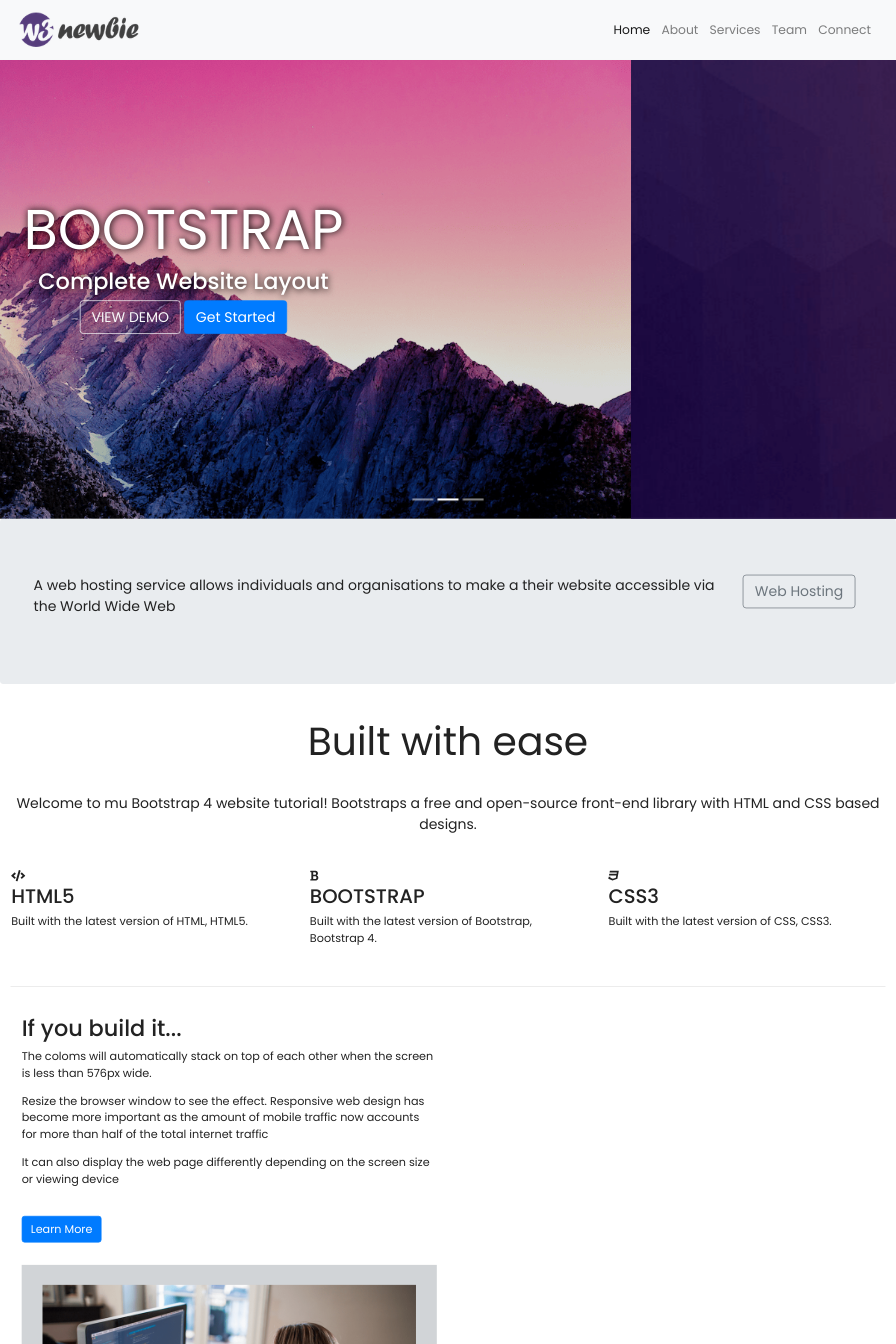
Repository: rkyankya/Bootstrap-1
Page: index.html
An editor plug-in stored every save of this project. The page is shown before and after the next save, followed by the edit.
The browser window is 1280 px wide. The pictures show the part of the page from y = 0 to 1920 px (the page is 4552 px tall), at 70% of full size.
Some web libraries are served in a nearby version.

Above is the page before, as saved 2019-12-18 13:11:54.

### index.html
<!DOCTYPE html>
<html lang="en">

<head>
    <meta charset="utf-8">
    <meta name="viewport" content="width=device-width, initial-scale=1">
    <title>Complete Bootstrap 4 Website Layout</title>
    <link rel="stylesheet" href="https://maxcdn.bootstrapcdn.com/bootstrap/4.0.0/css/bootstrap.min.css">
    <script src="https://ajax.googleapis.com/ajax/libs/jquery/3.3.1/jquery.min.js"></script>
    <script src="https://cdnjs.cloudflare.com/ajax/libs/popper.js/1.12.9/umd/popper.min.js"></script>
    <script src="https://maxcdn.bootstrapcdn.com/bootstrap/4.0.0/js/bootstrap.min.js"></script>
    <script src="https://use.fontawesome.com/releases/v5.0.8/js/all.js"></script>
    <link href="style.css" rel="stylesheet">
</head>

<body>

    <!-- Navigation -->
    <nav class="navbar navbar-expand-md navbar-light bg-light sticky-top">
        <div class="container-fluid">
            <a class="navbar-brand" href="#"><img src="img/logo.png" alt="#"></a>
            <button class="navbar-toggler" type="button" data-toggler="collapse" data-target="#navbarResponsive">
                <span class="navbar-toggler-icon"></span>
            </button>
            <div class="collapse navbar-collapse" id="navbarResponsive">
                <ul class="navbar-nav ml-auto">
                    <li class="nav-item active">
                        <a class="nav-link" href="#">Home</a>
                    </li>
                    <li class="nav-item">
                        <a class="nav-link" href="#">About</a>
                    </li>
                    <li class="nav-item">
                        <a class="nav-link" href="#">Services</a>
                    </li>
                    <li class="nav-item">
                        <a class="nav-link" href="#">Team</a>
                    </li>
                    <li class="nav-item">
                        <a class="nav-link" href="#">Connect</a>
                    </li>
                </ul>
            </div>
        </div>
    </nav>

    <!--- Image Slider -->
    <div id="slides" class="carousel slide" data-ride="carousel">
        <ul class="carousel-indicators">
            <li data-target="#slides" data-slide-to="0" class="active"></li>
            <li data-target="#slides" data-slide-to="1"></li>
            <li data-target="#slides" data-slide-to="2"></li>
        </ul>
        <div class="carousel-inner">
            <div class="carousel-item active">
                <img src="img/background.png" alt="#">
                <div class="carousel-caption">
                    <h1 class="display-2">Bootstrap</h1>
                    <h3>Complete Website Layout</h3>
                    <button type="button" class="btn btn-outline-light btn-lg">VIEW DEMO</button>
                    <button type="button" class="btn btn-primary btn-lg">Get Started</button>
                </div>
            </div>
            <div class="carousel-item">
                <img src="img/background2.png" alt="#">
            </div>
            <div class="carousel-item">
                <img src="img/background3.png" alt="#">
            </div>
        </div>
    </div>

    <!--- Jumbotron -->
    <div class="container-fluid">
        <div class="row jumbotron">
            <div class="col-xs-12 col-sm-12 col-md-9 col-lg-9 col-xl-10">
                <!--Bootstrap has 12 coloms the 12 describes the coloms to take-->
                <p class="lead">A web hosting service allows individuals and organisations to make a their website accessible via the World Wide Web
                </p>
            </div>
            <div class="col-xs-12 col-sm-12 col-md-3 col-lg-3 col-xl-2">
                <a href="#">
                    <button type="button" class="btn btn-outline-secondary btn-lg">Web Hosting</button>
                </a>
            </div>
        </div>
    </div>


    <!--- Welcome Section -->
    <div class="container-fluid padding">
        <div class="row welcome text-center">
            <div class="col-12">
                <h1 class="display-4">Built with ease</h1>
            </div>
            <hr class="my-4">
            <div class="col-12">
                <p class="lead">Welcome to mu Bootstrap 4 website tutorial! Bootstraps a free and open-source front-end library with HTML and CSS based designs.
                </p>
            </div>
        </div>
    </div>

    <!--- Three Column Section -->
    <div class="container-fluid padding">
        <div class="row text-centre padding">
            <div class="col-xs-12 col-sm-6 col-md-4">
                <i class="fas fa-code"></i>
                <h3>HTML5</h3>
                <p>Built with the latest version of HTML, HTML5.</p>
            </div>
            <div class="col-xs-12 col-sm-6 col-md-4">
                <i class="fas fa-bold"></i>
                <h3>BOOTSTRAP</h3>
                <p>Built with the latest version of Bootstrap, Bootstrap 4.</p>
            </div>
            <div class="col-sm-12 col-md-4">
                <i class="fab fa-css3"></i>
                <h3>CSS3</h3>
                <p>Built with the latest version of CSS, CSS3.</p>
            </div>
        </div>
        <hr class="my-4">
    </div>


    <!--- Two Column Section -->
    <div class="container-fluid padding">
        <div class="row-padding">
            <div class="col-md-12 col-lg-6">
                <h2>If you build it...</h2>
                <p>The coloms will automatically stack on top of each other when the screen is less than 576px wide.</p>
                <p>Resize the browser window to see the effect. Responsive web design has become more important as the amount of mobile traffic now accounts for more than half of the total internet traffic</p>
                <p>It can also display the web page differently depending on the screen size or viewing device</p>
                <br>
                <a href="#" class="btn btn-primary">Learn More</a>
            </div>
            <div class="col-lg-6">
                <img src="img/desk.png" class="img-fluid" alt="#">
            </div>
        </div>
    </div>

    <hr class="my-4">

    <!--- Fixed background -->
    <figure>
        <div class="fixed-wrap">
            <div id="fixed"></div>
        </div>
    </figure>


    <!--- Emoji Section -->
    <button class="fun" data-toggle="collapse" data-target="#emoji">Click For Fun</button>
    <div id="emoji" class="collapse">
        <div class="container-fluid padding">
            <div class="row text-center">
                <div class="col-sm-6 col-md-3">
                    <img class="gif" src="img/gif/panda.gif" alt="#">
                </div>
                <div class="col-sm-6 col-md-3">
                    <img class="gif" src="img/gif/unicorn.gif" alt="#">
                </div>
                <div class="col-sm-6 col-md-3">
                    <img class="gif" src="img/gif/poo.gif" alt="#">
                </div>
                <div class="col-sm-6 col-md-3">
                    <img class="gif" src="img/gif/chicken.gif" alt="#">
                </div>
            </div>
        </div>
    </div>


    <!--- Meet the team -->
    <div class="container-fluid padding">
        <div class="row-welcome text-center">
            <div class="col-12">
                <h1 class="display-4"> Meet the Team</h1>
            </div>
        </div>
    </div>


    <!--- Cards -->
    <div class="container-fluid padding">
        <div class="row welcome text">
            <div class="col-md-4">
                <div class="card">
                    <img class="card-imd-top" src="img/team1.png" alt="#">
                    <div class="card-body">
                        <h4 class="card-title">John Doe</h4>
                        <p class="card-text">Joe is an internet entrepreneur with almost 20 years of experience</p>
                        <a href="#" class="btn btn-outline-secondary"> See Profile</a>
                    </div>
                </div>
            </div>
            <div class="col-md-4">
                <div class="card">
                    <img class="card-imd-top" src="img/team2.png" alt="#">
                    <div class="card-body">
                        <h4 class="card-title">Mary Jo</h4>
                        <p class="card-text">Mary is a designer with almost 10 yeas of digital experience</p>
                        <a href="#" class="btn btn-outline-secondary"> See Profile</a>
                    </div>
                </div>
            </div>
            <div class="col-md-4">
                <div class="card">
                    <img class="card-imd-top" src="img/team3.png" alt="#">
                    <div class="card-body">
                        <h4 class="card-title">Phil Ho</h4>
                        <p class="card-text">Phil is a developer with over 5 years of web development experience</p>
                        <a href="#" class="btn btn-outline-secondary"> See Profile</a>
                    </div>
                </div>
            </div>
        </div>
    </div>


    <!--- Two Column Section -->
    <div class="container-fluid padding">
        <div class="row-padding">
            <div class="col-md-12 col-lg-6">
                <h2>Our Philosophy</h2>
                <p>We know that greatness is a distruptive era requires bold ambition, curious talent and a culture that believes we're smarter together</p>
                <p>We approach ever challege holistically, with best-in-class expertise in data, creativity, media, techology. search, social and more. We call this Alchemy. It has the powerto build our clients brands and transform their business. And while
                    it may seem like magic, we've got it down to a science</p>

                <br>
                <a href="#" class="btn btn-primary">Learn More</a>
            </div>
            <div class="col-lg-6">
                <img src="img/bootstrap2.png" class="img-fluid" alt="#">
            </div>
        </div>
    </div>


    <!--- Connect -->
    <div class="container-fluid padding">
        <div class="row text-center padding">
            <div class="col-12">
                <h2>Connect</h2>
            </div>
            <div class="col-12 social padding">
                <a href="#"><i class="fab fa-facebook"></i></a>
                <a href="#"><i class="fab fa-twitter"></i></a>
                <a href="#"><i class="fab fa-instagram"></i></a>
                <a href="#"><i class="fab fa-google-plus-g"></i></a>
                <a href="#"><i class="fab fa-youtube"></i></a>
            </div>
        </div>
    </div>



    <!--- Footer -->
    <footer>
        <div class="container-fluid padding">
            <div class="row text-center">
                <div class="col-md-4">
                    <img src="img/w3newbie.png" alt="#">
                    <hr class="light">
                    <p>256 708 322 323</p>
                    <p>email@email.com</p>
                    <p>Kirinya Bweyogerere</p>
                    <p>Kampala Uganda</p>
                </div>
                <div class="col-md-4">
                    <hr class="light">
                    <h5>Our Hours</h5>
                    <hr class="light">
                    <p>Monday: 9am-5pm</p>
                    <p>Saturday: 10am-4pm</p>
                    <p>Sunday: closed</p>
                </div>
                <div class="col-md-4">
                    <hr class="light">
                    <h5> Service Area </h5>
                    <hr class="light">
                    <p>City, State, 0000</p>
                    <p>City, State, 0000</p>
                    <p>City, State, 0000</p>
                    <p>City, State, 0000</p>
                </div>
                <div class="col-12">
                    <hr class="light">
                    <h5>&copy; w3newbie.com</h5>
                </div>
            </div>
        </div>
    </footer>




</body>

</html>

### style.css
@import url("https://fonts.googleapis.com/css?family=Poppins:400,500,700");
html,
body {
    height: 100%;
    width: 100%;
    font-family: "Poppins", sans-serif;
    color: #222;
}

.navbar {
    padding: 0.8rem;
}

.nav-link {
    font-size: 1.1em !important;
}

.carousel-inner img {
    width: 100%;
    height: 100%;
}

.carousel-caption {
    position: absolute;
    top: 50%;
    transform: translateY(-50%);
    -webkit-transform: translateY(-50%);
    -moz-transform: translateY(-50%);
    -ms-transform: translateY(-50%);
    -o-transform: translateY(-50%);
}

.carousel-caption h1 {
    font-size: 500%;
    text-transform: uppercase;
    text-shadow: 1px 1px 10px #000;
}

.carousel-caption h3 {
    font-size: 200%;
    font-weight: 500;
    text-shadow: 1px 1px 10px #000;
}


/*---Media Queries --*/

@media (max-width: 992px) {}

@media (max-width: 768px) {}

@media (max-width: 576px) {}


/* --- Firefox Bug Fix -- */

.carousel-item {
    transition: -webkit-transform 0.5s ease;
    transition: transform 0.5s ease;
    transition: transform 0.5s ease, -webkit-transform 0.5s ease;
    -webkit-backface-visibility: visible;
    backface-visibility: visible;
}


/* --- Fixed Background Image -- */

figure {
    position: relative;
    width: 100%;
    height: 60%;
    margin: 0 !important;
}

.fixed-wrap {
    clip: rect(0, auto, auto, 0);
    position: absolute;
    top: 0;
    left: 0;
    width: 100%;
    height: 100%;
}

#fixed {
    background-image: url("img/mac.png");
    position: fixed;
    display: block;
    top: 0;
    left: 0;
    width: 100%;
    height: 100%;
    background-size: cover;
    background-position: center center;
    -webkit-transform: translateZ(0);
    transform: translateZ(0);
    will-change: transform;
}


/*--- Bootstrap Padding Fix --*/

[class*="col-"] {
    padding: 1rem;
}


/*
Extra small (xs) devices (portrait phones, less than 576px)
No media query since this is the default in Bootstrap

Small (sm) devices (landscape phones, 576px and up)
@media (min-width: 576px) { ... }

Medium (md) devices (tablets, 768px and up)
@media (min-width: 768px) { ... }

Large (lg) devices (desktops, 992px and up)
@media (min-width: 992px) { ... }

Extra (xl) large devices (large desktops, 1200px and up)
@media (min-width: 1200px) { ... }
*/

After the next save:
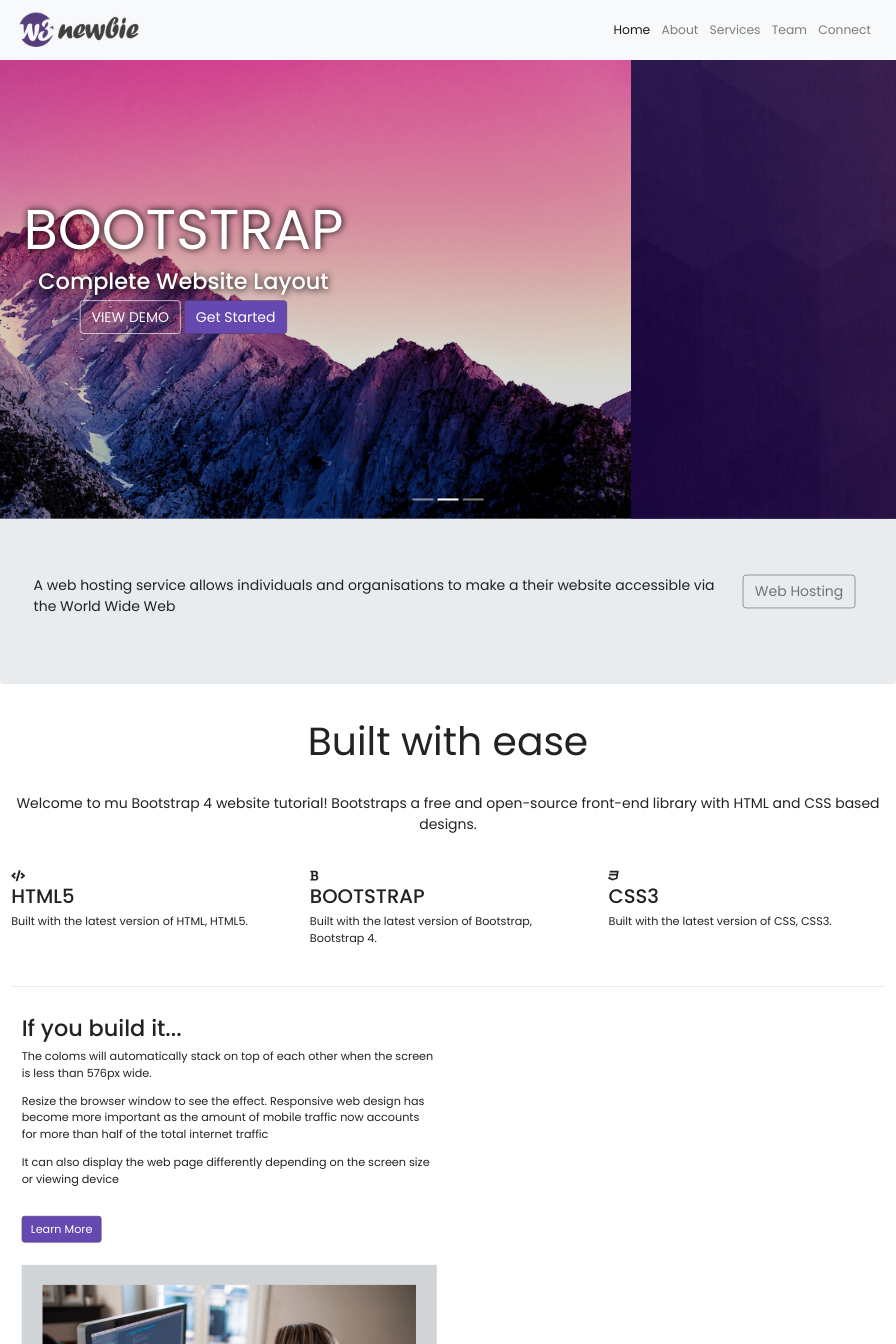
Saved 7 min 42 s later.
--- a/style.css
+++ b/style.css
@@ -40,6 +40,11 @@ body {
     font-size: 200%;
     font-weight: 500;
     text-shadow: 1px 1px 10px #000;
+}
+
+.btn-primary {
+    background-color: #6648b1;
+    border: 1px solid #563d7c;
 }
 
 
